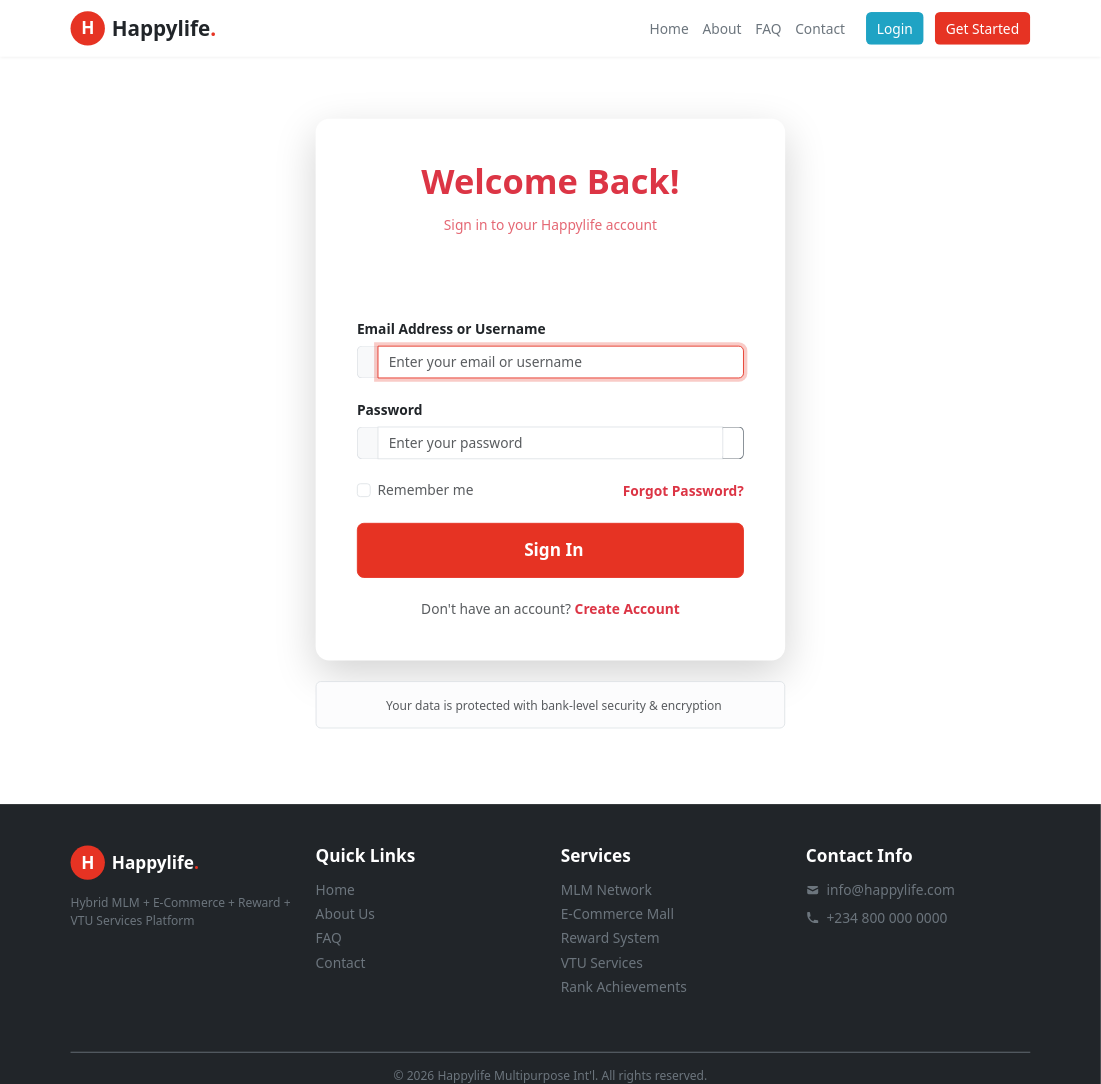
Repository: YackswebCode/happylife
Page: http://localhost/login
These files come from the project's save history. The page is drawn as it stood at one moment and after the next save; the edit follows.
The browser window is 1280 px wide. The pictures show the whole page, at 86% of full size.
The page is served by the project's Laravel application, run on PHP 8.4 with Laravel 12. Other server files are loaded and not shown.

Above is the page before, as saved 2026-03-05 10:12:18.

### app/Http/Controllers/Auth/LoginController.php
<?php

namespace App\Http\Controllers\Auth;

use App\Http\Controllers\Controller;
use Illuminate\Http\Request;
use Illuminate\Support\Facades\Auth;

class LoginController extends Controller
{
    /**
     * Show login form
     */
    public function showLoginForm()
    {
        return view('auth.login');
    }

    /**
     * Handle login request
     */
    public function login(Request $request)
    {
        // Validate request
        $credentials = $request->validate([
            'username' => ['required', 'string'],
            'password' => ['required', 'string'],
        ]);

        // Attempt login using username
        if (Auth::attempt([
            'username' => $credentials['username'],
            'password' => $credentials['password']
        ], $request->boolean('remember'))) {

            $request->session()->regenerate();

            $user = Auth::user();

            /**
             * 1️⃣ Check Email Verification
             */
            if (!$user->email_verified_at) {
                Auth::logout();

                return back()->withErrors([
                    'username' => 'Please verify your email address first.',
                ])->onlyInput('username');
            }

            /**
             * 2️⃣ Check Payment Status
             */
            if ($user->payment_status !== 'paid') {
                Auth::logout();

                return back()->withErrors([
                    'username' => 'Please complete your payment to activate your account.',
                ])->onlyInput('username');
            }

            /**
             * 3️⃣ Check Account Status
             */
            if ($user->status !== 'active') {
                Auth::logout();

                return back()->withErrors([
                    'username' => 'Your account is not active. Please contact support.',
                ])->onlyInput('username');
            }

            // All checks passed
            return redirect()->intended('dashboard');
        }

        /**
         * Login Failed
         */
        return back()->withErrors([
            'username' => 'The provided credentials do not match our records.',
        ])->onlyInput('username');
    }

    /**
     * Logout user
     */
    public function logout(Request $request)
    {
        Auth::logout();

        $request->session()->invalidate();
        $request->session()->regenerateToken();

        return redirect('/');
    }
}

### resources/views/auth/login.blade.php
@extends('layouts.app')

@section('title', 'Login - Happylife Multipurpose Int\'l')

@section('content')
<div class="container py-5 py-lg-6">
    <div class="row justify-content-center">
        <div class="col-md-8 col-lg-6">
            <!-- Login Card -->
            <div class="card border-0 shadow-lg rounded-4 overflow-hidden">
                <!-- Card Header -->
                <div class="card-header bg-gradient text-white p-5 border-0" style="background: linear-gradient(135deg, #1FA3C4 0%, #3DB7D6 100%);">
                    <div class="text-center">
                        <h2 class="h1 fw-bold mb-3 text-danger">Welcome Back!</h2>
                        <p class="mb-0 opacity-75 text-danger">Sign in to your Happylife account</p>
                    </div>
                </div>

                <!-- Card Body -->
                <div class="card-body p-5">
                    <form method="POST" action="{{ route('login') }}">
                        @csrf

                        <!-- Email Input -->
                        <div class="mb-4">
                            <label for="email" class="form-label fw-semibold">Email Address or Username</label>
                            <div class="input-group">
                                <span class="input-group-text bg-light border-end-0">
                                    <i class="bi bi-envelope text-muted"></i>
                                </span>
                                <input id="email" type="email" class="form-control @error('email') is-invalid @enderror"
                                       name="email" value="{{ old('email') }}" required autocomplete="email" autofocus
                                       placeholder="Enter your email or username">
                            </div>
                            @error('email')
                                <span class="invalid-feedback d-block" role="alert">
                                    <strong>{{ $message }}</strong>
                                </span>
                            @enderror
                        </div>

                        <!-- Password Input -->
                        <div class="mb-4">
                            <label for="password" class="form-label fw-semibold">Password</label>
                            <div class="input-group">
                                <span class="input-group-text bg-light border-end-0">
                                    <i class="bi bi-lock text-muted"></i>
                                </span>
                                <input id="password" type="password" class="form-control @error('password') is-invalid @enderror"
                                       name="password" required autocomplete="current-password"
                                       placeholder="Enter your password">
                                <button class="btn btn-outline-secondary border-start-0" type="button" id="togglePassword">
                                    <i class="bi bi-eye"></i>
                                </button>
                            </div>
                            @error('password')
                                <span class="invalid-feedback d-block" role="alert">
                                    <strong>{{ $message }}</strong>
                                </span>
                            @enderror
                        </div>

                        <!-- Remember Me & Forgot Password -->
                        <div class="d-flex justify-content-between align-items-center mb-4">
                            <div class="form-check">
                                <input class="form-check-input" type="checkbox" name="remember" id="remember" {{ old('remember') ? 'checked' : '' }}>
                                <label class="form-check-label text-muted" for="remember">
                                    Remember me
                                </label>
                            </div>
                            @if (Route::has('password.request'))
                               <a class="text-danger text-decoration-none fw-semibold" href="{{ route('password.request') }}">
                                    Forgot Password?
                                </a>
                            @endif
                        </div>

                        <!-- Submit Button -->
                        <div class="mb-4">
                            <button type="submit" class="btn btn-danger btn-lg w-100 py-3 fw-bold">
                                <i class="bi bi-box-arrow-in-right me-2"></i> Sign In
                            </button>
                        </div>


                        <!-- Registration Link -->
                        <div class="text-center">
                            <p class="text-muted mb-0">Don't have an account?
                                <a href="{{ route('register') }}" class="text-danger fw-semibold text-decoration-none">
                                    Create Account
                                </a>
                            </p>
                        </div>
                    </form>
                </div>
            </div>

            <!-- Security Note -->
            <div class="alert alert-light border mt-4 text-center">
                <div class="d-flex align-items-center justify-content-center">
                    <i class="bi bi-shield-check text-success me-2"></i>
                    <small class="text-muted">Your data is protected with bank-level security & encryption</small>
                </div>
            </div>
        </div>
    </div>
</div>

<style>
    .login-icon svg {
        transition: transform 0.3s ease;
    }

    .login-icon:hover svg {
        transform: scale(1.1);
    }

    .form-control:focus, .form-select:focus {
        border-color: #E63323;
        box-shadow: 0 0 0 0.25rem rgba(230, 51, 35, 0.25);
    }

    .btn-danger {
        background-color: #E63323;
        border-color: #E63323;
    }

    .btn-danger:hover {
        background-color: #d6281a;
        border-color: #d6281a;
    }

    @media (max-width: 768px) {
        .py-lg-6 {
            padding-top: 3rem !important;
            padding-bottom: 3rem !important;
        }

        .card-header, .card-body {
            padding: 2rem !important;
        }
    }
</style>

<script>
    // Toggle password visibility
    document.addEventListener('DOMContentLoaded', function() {
        const togglePassword = document.getElementById('togglePassword');
        const password = document.getElementById('password');

        if (togglePassword && password) {
            togglePassword.addEventListener('click', function() {
                const type = password.getAttribute('type') === 'password' ? 'text' : 'password';
                password.setAttribute('type', type);

                // Toggle eye icon
                const icon = this.querySelector('i');
                if (type === 'password') {
                    icon.classList.remove('bi-eye-slash');
                    icon.classList.add('bi-eye');
                } else {
                    icon.classList.remove('bi-eye');
                    icon.classList.add('bi-eye-slash');
                }
            });
        }

        // Form validation
        const form = document.querySelector('form');
        if (form) {
            form.addEventListener('submit', function(e) {
                const email = document.getElementById('email');
                const password = document.getElementById('password');

                if (!email.value || !password.value) {
                    e.preventDefault();
                    if (!email.value) {
                        email.classList.add('is-invalid');
                    }
                    if (!password.value) {
                        password.classList.add('is-invalid');
                    }
                }
            });
        }
    });
</script>
@endsection

### resources/views/layouts/app.blade.php
<!DOCTYPE html>
<html lang="{{ str_replace('_', '-', app()->getLocale()) }}">
<head>
    <meta charset="utf-8">
    <meta name="viewport" content="width=device-width, initial-scale=1">
    <meta name="csrf-token" content="{{ csrf_token() }}">
    <title>@yield('title', 'Happylife Multipurpose Int\'l')</title>

    <!-- Fonts -->
    <link rel="preconnect" href="https://fonts.bunny.net">
    <link href="https://fonts.bunny.net/css?family=inter:400,500,600,700" rel="stylesheet" />

    <!-- Bootstrap CSS -->
    <link href="https://cdn.jsdelivr.net/npm/bootstrap@5.3.2/dist/css/bootstrap.min.css" rel="stylesheet">

    <style>
        :root {
            --color-red: #E63323;
            --color-teal-blue: #1FA3C4;
            --color-dark-gray: #333333;
            --color-light-gray: #E6E6E6;
            --color-soft-cyan: #3DB7D6;
        }

        .bg-red-happylife { background-color: var(--color-red); }
        .text-red-happylife { color: var(--color-red); }
        .border-red-happylife { border-color: var(--color-red); }

        .bg-teal-blue { background-color: var(--color-teal-blue); }
        .text-teal-blue { color: var(--color-teal-blue); }

        .bg-soft-cyan { background-color: var(--color-soft-cyan); }
    </style>
</head>
<body class="font-inter">

    <!-- Navigation -->
    <nav class="navbar navbar-expand-lg navbar-light bg-white shadow-sm sticky-top">
        <div class="container">
            <a class="navbar-brand d-flex align-items-center" href="{{ route('home') }}">
                <div class="bg-red-happylife rounded-circle d-flex justify-content-center align-items-center me-2" style="width:40px; height:40px;">
                    <span class="text-white fw-bold fs-5">H</span>
                </div>
                <span class="fs-4 fw-bold text-dark">Happylife<span class="text-red-happylife">.</span></span>
            </a>

            <button class="navbar-toggler" type="button" data-bs-toggle="collapse" data-bs-target="#navbarNav"
                aria-controls="navbarNav" aria-expanded="false" aria-label="Toggle navigation">
                <span class="navbar-toggler-icon"></span>
            </button>

            <div class="collapse navbar-collapse" id="navbarNav">
                <ul class="navbar-nav ms-auto mb-2 mb-lg-0 align-items-lg-center">
                    <li class="nav-item">
                        <a class="nav-link text-secondary" href="{{ route('home') }}">Home</a>
                    </li>
                    <li class="nav-item">
                        <a class="nav-link text-secondary" href="{{ route('about') }}">About</a>
                    </li>
                    <li class="nav-item">
                        <a class="nav-link text-secondary" href="{{ route('faq') }}">FAQ</a>
                    </li>
                    <li class="nav-item">
                        <a class="nav-link text-secondary" href="{{ route('contact') }}">Contact</a>
                    </li>
                    <li class="nav-item ms-lg-3">
                        <a class="btn bg-teal-blue text-white me-2" href="{{ route('login') }}">Login</a>
                        <a class="btn bg-red-happylife text-white" href="{{ route('register') }}">Get Started</a>
                    </li>
                </ul>
            </div>
        </div>
    </nav>

    <!-- Page Content -->
    <main class="py-4">
        @yield('content')
    </main>

    <!-- Footer -->
    <footer class="bg-dark text-white pt-5">
        <div class="container">
            <div class="row">
                <div class="col-md-3 mb-4">
                    <a href="{{ route('home') }}" class="d-flex align-items-center mb-3 text-decoration-none">
                        <div class="bg-red-happylife rounded-circle d-flex justify-content-center align-items-center me-2" style="width:40px; height:40px;">
                            <span class="text-white fw-bold fs-5">H</span>
                        </div>
                        <span class="fs-5 fw-bold text-white">Happylife<span class="text-red-happylife">.</span></span>
                    </a>
                    <p class="text-secondary small">Hybrid MLM + E-Commerce + Reward + VTU Services Platform</p>
                </div>

                <div class="col-md-3 mb-4">
                    <h5 class="fw-semibold mb-3">Quick Links</h5>
                    <ul class="list-unstyled">
                        <li><a class="text-secondary text-decoration-none d-block mb-1" href="{{ route('home') }}">Home</a></li>
                        <li><a class="text-secondary text-decoration-none d-block mb-1" href="{{ route('about') }}">About Us</a></li>
                        <li><a class="text-secondary text-decoration-none d-block mb-1" href="{{ route('faq') }}">FAQ</a></li>
                        <li><a class="text-secondary text-decoration-none d-block" href="{{ route('contact') }}">Contact</a></li>
                    </ul>
                </div>

                <div class="col-md-3 mb-4">
                    <h5 class="fw-semibold mb-3">Services</h5>
                    <ul class="list-unstyled text-secondary">
                        <li class="mb-1">MLM Network</li>
                        <li class="mb-1">E-Commerce Mall</li>
                        <li class="mb-1">Reward System</li>
                        <li class="mb-1">VTU Services</li>
                        <li>Rank Achievements</li>
                    </ul>
                </div>

                <div class="col-md-3 mb-4">
                    <h5 class="fw-semibold mb-3">Contact Info</h5>
                    <ul class="list-unstyled text-secondary">
                        <li class="mb-2 d-flex align-items-center">
                            <svg class="me-2" width="16" height="16" fill="currentColor" viewBox="0 0 20 20">
                                <path d="M2.003 5.884L10 9.882l7.997-3.998A2 2 0 0016 4H4a2 2 0 00-1.997 1.884z"/>
                                <path d="M18 8.118l-8 4-8-4V14a2 2 0 002 2h12a2 2 0 002-2V8.118z"/>
                            </svg>
                            info@happylife.com
                        </li>
                        <li class="d-flex align-items-center">
                            <svg class="me-2" width="16" height="16" fill="currentColor" viewBox="0 0 20 20">
                                <path d="M2 3a1 1 0 011-1h2.153a1 1 0 01.986.836l.74 4.435a1 1 0 01-.54 1.06l-1.548.773a11.037 11.037 0 006.105 6.105l.774-1.548a1 1 0 011.059-.54l4.435.74a1 1 0 01.836.986V17a1 1 0 01-1 1h-2C7.82 18 2 12.18 2 5V3z"/>
                            </svg>
                            +234 800 000 0000
                        </li>
                    </ul>
                </div>
            </div>

            <div class="border-top border-secondary mt-4 pt-3 text-center text-secondary small">
                &copy; {{ date('Y') }} Happylife Multipurpose Int'l. All rights reserved.
            </div>
        </div>
    </footer>

    <!-- Bootstrap JS -->
    <script src="https://cdn.jsdelivr.net/npm/bootstrap@5.3.2/dist/js/bootstrap.bundle.min.js"></script>

    @stack('scripts')
</body>
</html>

Loaded but not shown: app/Providers/AppServiceProvider.php (common file); app/Http/Controllers/Controller.php (common file); routes/web.php (160 lines, source omitted); routes/member.php (141 lines, source omitted); routes/admin.php (no stored copy; drawn as an empty file)

After the next save:
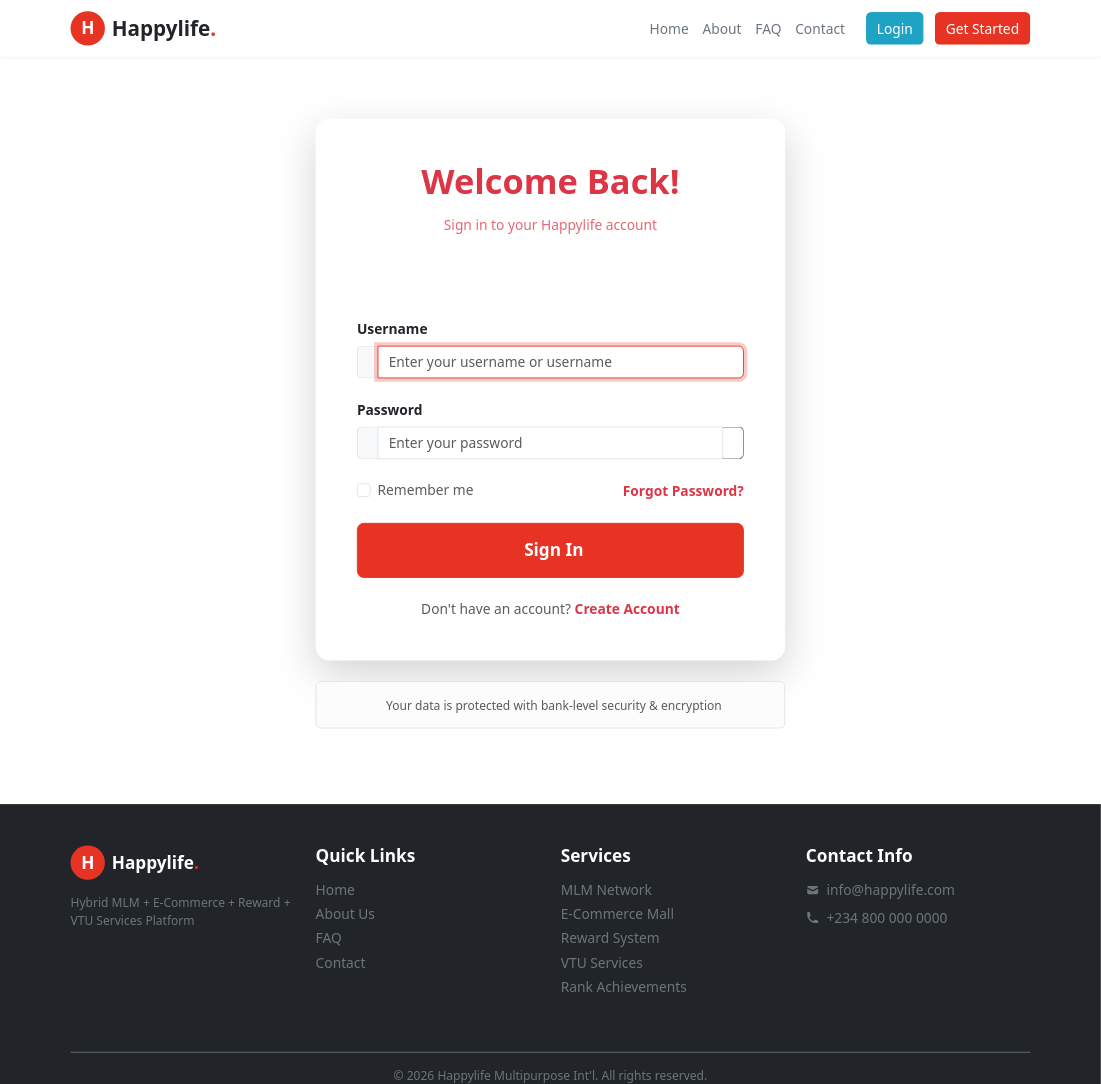
Saved 61 s later.
--- a/resources/views/auth/login.blade.php
+++ b/resources/views/auth/login.blade.php
@@ -21,18 +21,18 @@
                     <form method="POST" action="{{ route('login') }}">
                         @csrf
 
-                        <!-- Email Input -->
+                        <!-- username Input -->
                         <div class="mb-4">
-                            <label for="email" class="form-label fw-semibold">Email Address or Username</label>
+                            <label for="username" class="form-label fw-semibold">Username</label>
                             <div class="input-group">
                                 <span class="input-group-text bg-light border-end-0">
                                     <i class="bi bi-envelope text-muted"></i>
                                 </span>
-                                <input id="email" type="email" class="form-control @error('email') is-invalid @enderror"
-                                       name="email" value="{{ old('email') }}" required autocomplete="email" autofocus
-                                       placeholder="Enter your email or username">
+                                <input id="username" type="username" class="form-control @error('username') is-invalid @enderror"
+                                       name="username" value="{{ old('username') }}" required autocomplete="username" autofocus
+                                       placeholder="Enter your username or username">
                             </div>
-                            @error('email')
+                            @error('username')
                                 <span class="invalid-feedback d-block" role="alert">
                                     <strong>{{ $message }}</strong>
                                 </span>
@@ -169,13 +169,13 @@
         const form = document.querySelector('form');
         if (form) {
             form.addEventListener('submit', function(e) {
-                const email = document.getElementById('email');
+                const username = document.getElementById('username');
                 const password = document.getElementById('password');
 
-                if (!email.value || !password.value) {
+                if (!username.value || !password.value) {
                     e.preventDefault();
-                    if (!email.value) {
-                        email.classList.add('is-invalid');
+                    if (!username.value) {
+                        username.classList.add('is-invalid');
                     }
                     if (!password.value) {
                         password.classList.add('is-invalid');
